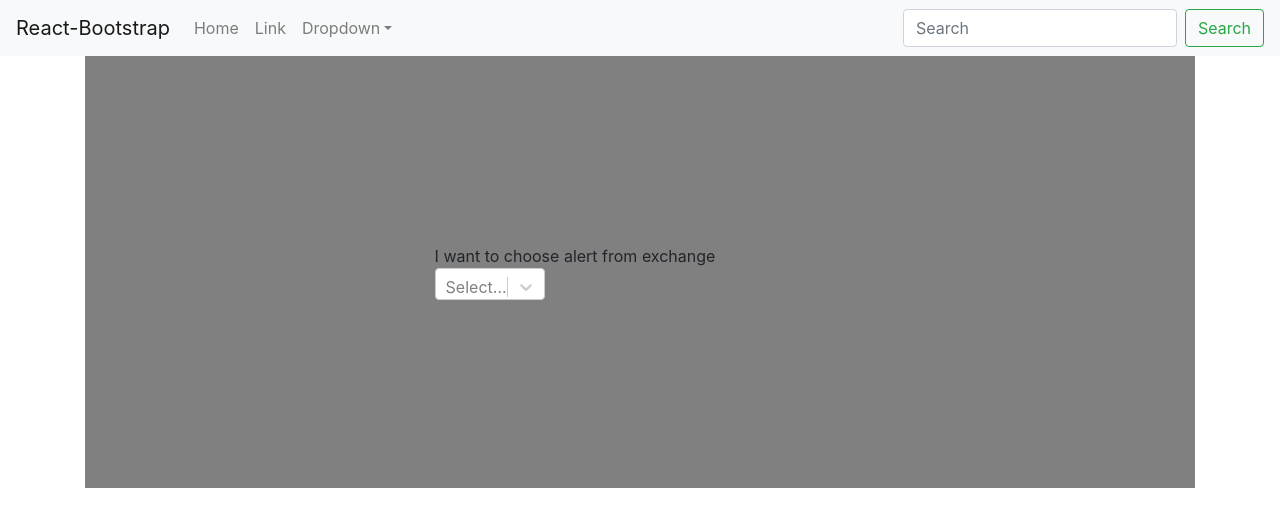
Repository: flychicken123/PriceAlertFront
Page: /
An editor plug-in stored every save of this project. The page is shown before and after a run of saves, followed by the edit.
The browser window is 1280 px wide. The pictures show the whole page.
The page's requests for data from a server got no answer. The project was rebuilt for these pictures with package versions that can differ from the ones it lists, and the page was loaded fresh each time. No one was signed in, and anything a server would have sent is missing. Also part of the build but not shown: src/App.css.

Above is the page before, as saved 2021-03-07 10:13:36.

### public/index.html
<!DOCTYPE html>
<html lang="en">
  <head>
    <meta charset="utf-8" />
    <link rel="icon" href="%PUBLIC_URL%/favicon.ico" />
    <meta name="viewport" content="width=device-width, initial-scale=1" />
    <meta name="theme-color" content="#000000" />
    <meta
      name="description"
      content="Web site created using create-react-app"
    />
    <link rel="apple-touch-icon" href="%PUBLIC_URL%/logo192.png" />
    <!--
      manifest.json provides metadata used when your web app is installed on a
      user's mobile device or desktop. See https://developers.google.com/web/fundamentals/web-app-manifest/
    -->
    <link rel="manifest" href="%PUBLIC_URL%/manifest.json" />
    <link
  rel="stylesheet"
  href="https://cdn.jsdelivr.net/npm/bootstrap@4.6.0/dist/css/bootstrap.min.css"
  integrity="sha384-B0vP5xmATw1+K9KRQjQERJvTumQW0nPEzvF6L/Z6nronJ3oUOFUFpCjEUQouq2+l"
  crossorigin="anonymous"
/>
<link rel="stylesheet" href="https://fonts.googleapis.com/css?family=Roboto:300,400,500,700&display=swap" />

    <!--
      Notice the use of %PUBLIC_URL% in the tags above.
      It will be replaced with the URL of the `public` folder during the build.
      Only files inside the `public` folder can be referenced from the HTML.

      Unlike "/favicon.ico" or "favicon.ico", "%PUBLIC_URL%/favicon.ico" will
      work correctly both with client-side routing and a non-root public URL.
      Learn how to configure a non-root public URL by running `npm run build`.
    -->
    <title>React App</title>
  </head>
  <body>
    <noscript>You need to enable JavaScript to run this app.</noscript>
    <div id="root"></div>
    <!--
      This HTML file is a template.
      If you open it directly in the browser, you will see an empty page.

      You can add webfonts, meta tags, or analytics to this file.
      The build step will place the bundled scripts into the <body> tag.

      To begin the development, run `npm start` or `yarn start`.
      To create a production bundle, use `npm run build` or `yarn build`.
    -->
  </body>
</html>

### src/App.js
import logo from './logo.svg';
import './App.css';
import { BrowserRouter as Router, Switch, Route } from 'react-router-dom';
import TopNavbar from './components/TopNavbar';
import Home from './components/Home.jsx';
const App = () => {
  return (
    <Router>
      <TopNavbar />
      <Switch>
        <Route path='/' component={Home} />
      </Switch>
    </Router>
  )
}

export default App;

### src/components/TopNavbar.jsx
import React, { Component } from 'react';
import { Button, Navbar, Nav, NavDropdown, Form, FormControl } from "react-bootstrap";
const TopNavbar = () => {
    return (
        <div>
            <Navbar bg="light" expand="lg">
                <Navbar.Brand href="#home">React-Bootstrap</Navbar.Brand>
                <Navbar.Toggle aria-controls="basic-navbar-nav" />
                <Navbar.Collapse id="basic-navbar-nav">
                    <Nav className="mr-auto">
                        <Nav.Link href="#home">Home</Nav.Link>
                        <Nav.Link href="#link">Link</Nav.Link>
                        <NavDropdown title="Dropdown" id="basic-nav-dropdown">
                            <NavDropdown.Item href="#action/3.1">Action</NavDropdown.Item>
                            <NavDropdown.Item href="#action/3.2">Another action</NavDropdown.Item>
                            <NavDropdown.Item href="#action/3.3">Something</NavDropdown.Item>
                            <NavDropdown.Divider />
                            <NavDropdown.Item href="#action/3.4">Separated link</NavDropdown.Item>
                        </NavDropdown>
                    </Nav>
                    <Form inline>
                        <FormControl type="text" placeholder="Search" className="mr-sm-2" />
                        <Button variant="outline-success">Search</Button>
                    </Form>
                </Navbar.Collapse>
            </Navbar>
        </div>
    )
};
export default TopNavbar

### src/components/Home.jsx
import React, { useState, Component, Select, useEffect, useCallback } from 'react';
import AsyncSelect from 'react-select/async';
import { Form, Container, Col } from 'react-bootstrap';

export default function Home(props) {
    const [coinTypes, setCoinTypes] = useState([]);
    const [selectedOption, setSelectedOption] = useState(props ? props.match?.params?.template_id : null);
    const customStyles = {
        control: base => ({
            ...base,
            height: 32,
            minHeight: 30,
            width: 110,
            padding: 0
        })
    };


    // const coinOptions = (f) => {
    //     return [{ name: "- select -", id: "" }, ...coinTypes].map((coinType) => {
    //         return {
    //             label: coinType.name,
    //             value: coinType.id
    //         }
    //     })
    // };
    const handleCoinChange = useCallback((coin_id) => {
        setSelectedOption(coin_id);
        console.log(coin_id.name);
    }, []);
    const fetchCoinList = () => {
        return fetch(`https://6043fea2a20ace001728e9b7.mockapi.io/api/v1/coinlist/coinlist`).then(res => res.json());
    }


    return (

        < div className='mainControl' >
            <Container fluid="md">

                <div style={{ display: 'flex', justifyContent: 'center', alignItems: 'center', height: '60vh', backgroundColor: 'grey', width: '200' }}>

                    <Form>

                        <Form.Row>

                            <Col xs={10}>
                                I want to choose alert from exchange
                            </Col>
                            <Col>
                                <AsyncSelect
                                    cacheOptions
                                    defaultOptions
                                    onChange={handleCoinChange}
                                    value={selectedOption}
                                    loadOptions={fetchCoinList}
                                    getOptionValue={option => option.id}
                                    getOptionLabel={option => option.name}
                                    styles={customStyles}
                                />
                            </Col>
                            <Col></Col>
                        </Form.Row>

                    </Form>

                </div>
            </Container>
        </div >
    )
}

Loaded but not shown: src/index.js (common file); src/index.css (common file); src/reportWebVitals.js (common file)

After the next 2 saves:
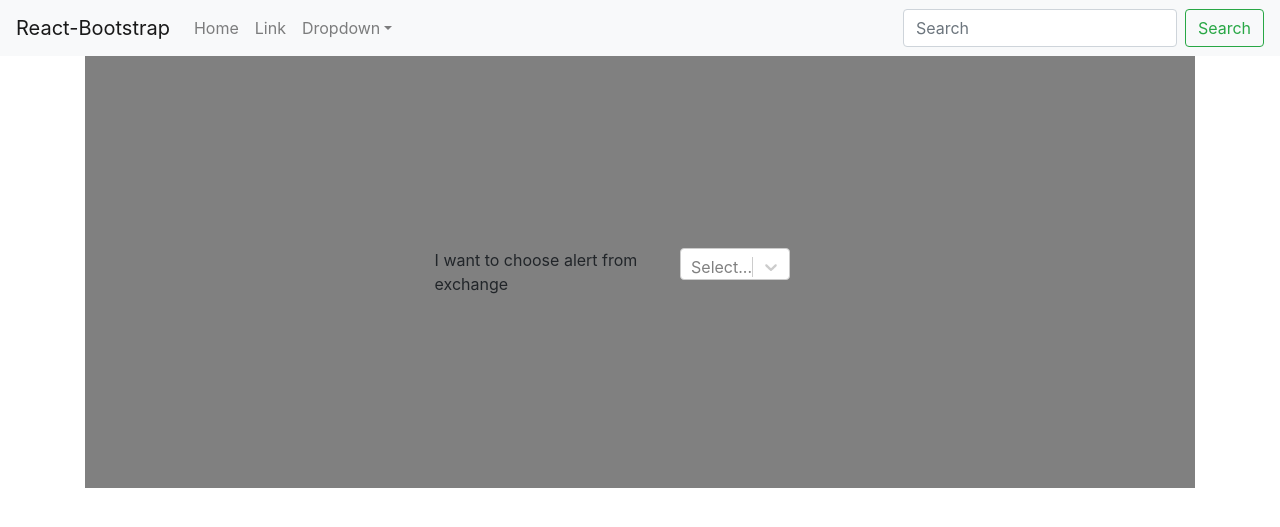
The 2 saves are shown as one change because they came seconds apart.
The last was saved 8 s later.
--- a/src/components/Home.jsx
+++ b/src/components/Home.jsx
@@ -44,7 +44,7 @@ export default function Home(props) {
 
                         <Form.Row>
 
-                            <Col xs={10}>
+                            <Col xs={7}>
                                 I want to choose alert from exchange
                             </Col>
                             <Col>
